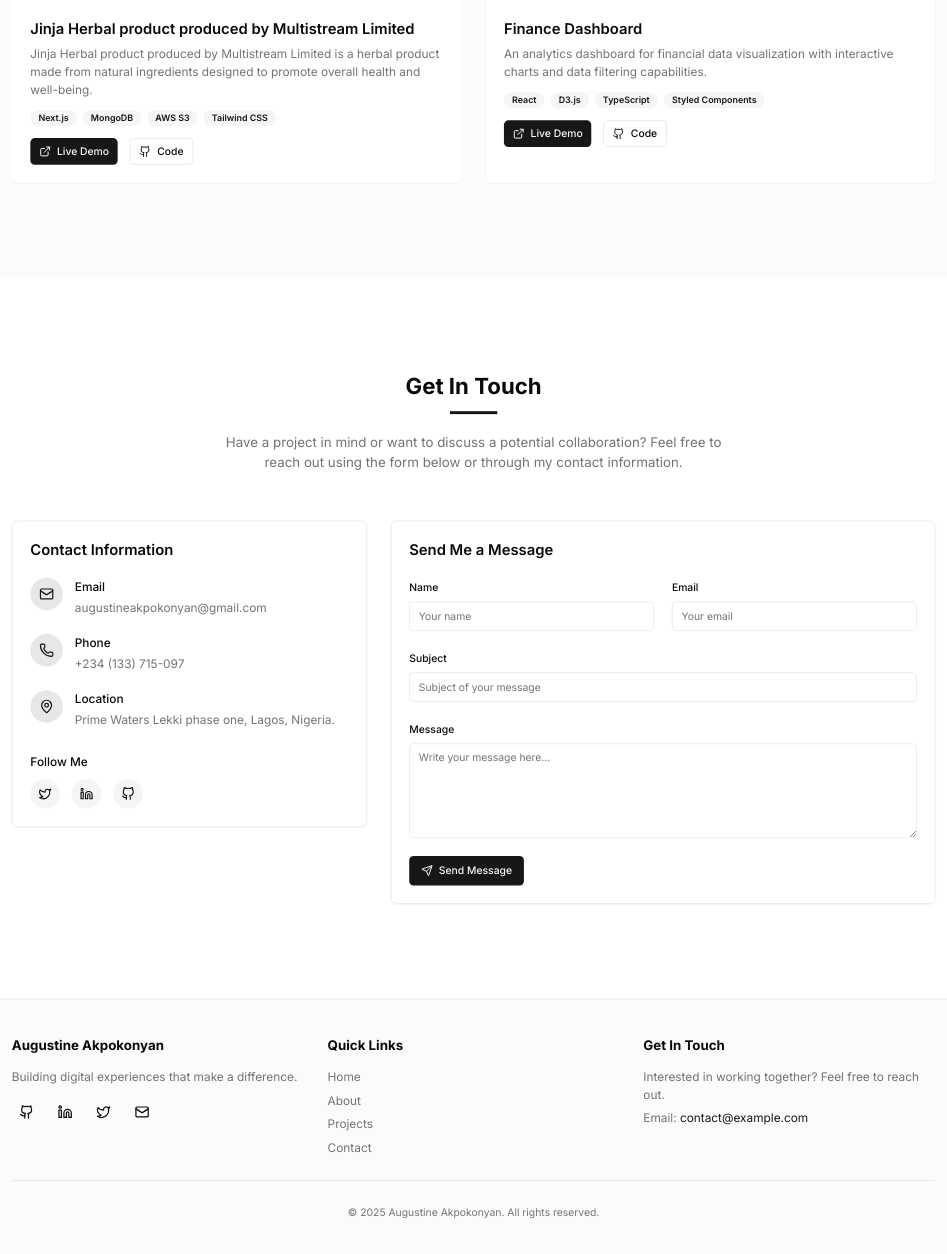
Repository: countaustin1990/AUSTIN-S-PORTFOLIO
Page: /
An editor plug-in stored every save of this project. The page is shown before and after the next save, followed by the edit.
The browser window is 1280 px wide. The pictures show the part of the page from y = 3879 to 5574 px (the page is 5574 px tall), at 74% of full size.
The project was rebuilt for these pictures with package versions that can differ from the ones it lists, and the page was loaded fresh each time. The framework's server and built-in components were replaced by stand-ins that run in the browser. Also part of the build but not shown: next.config.js, components/ui/scroll-area.tsx.

Above is the page before, as saved 2025-08-19 13:32:13.

After the next save:
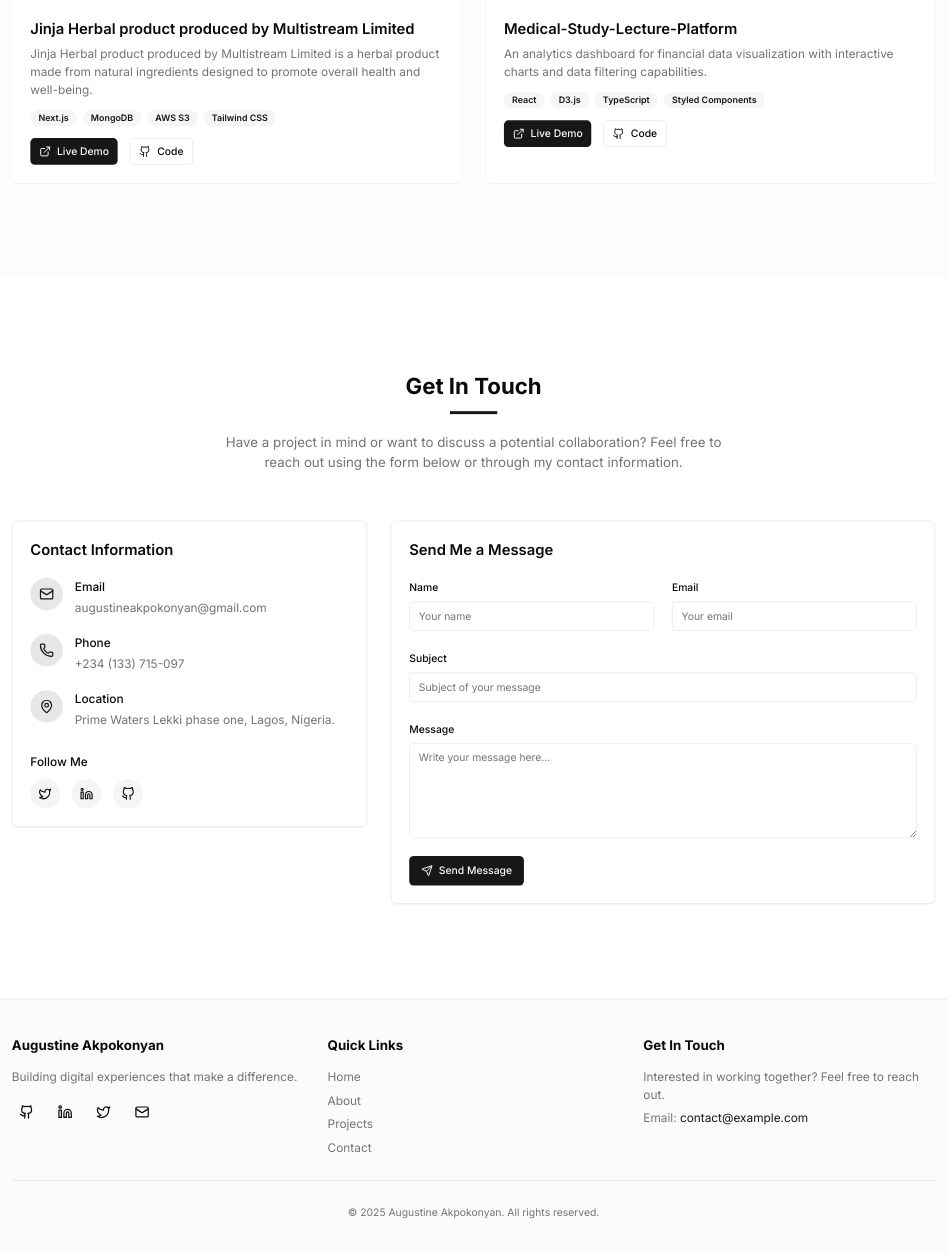
Saved 15 s later.
--- a/components/sections/Projects.tsx
+++ b/components/sections/Projects.tsx
@@ -34,7 +34,7 @@ const projects = [
     githubUrl: "https://github.com/countaustin1990/Jinija-With-Dominic.git",
   },
   {
-    title: "Finance Dashboard",
+    title: "Medical-Study-Lecture-Platform",
     description: "An analytics dashboard for financial data visualization with interactive charts and data filtering capabilities.",
     image: "https://images.pexels.com/photos/7567460/pexels-photo-7567460.jpeg?auto=compress&cs=tinysrgb&w=1260&h=750&dpr=1",
     tags: ["React", "D3.js", "TypeScript", "Styled Components"],
